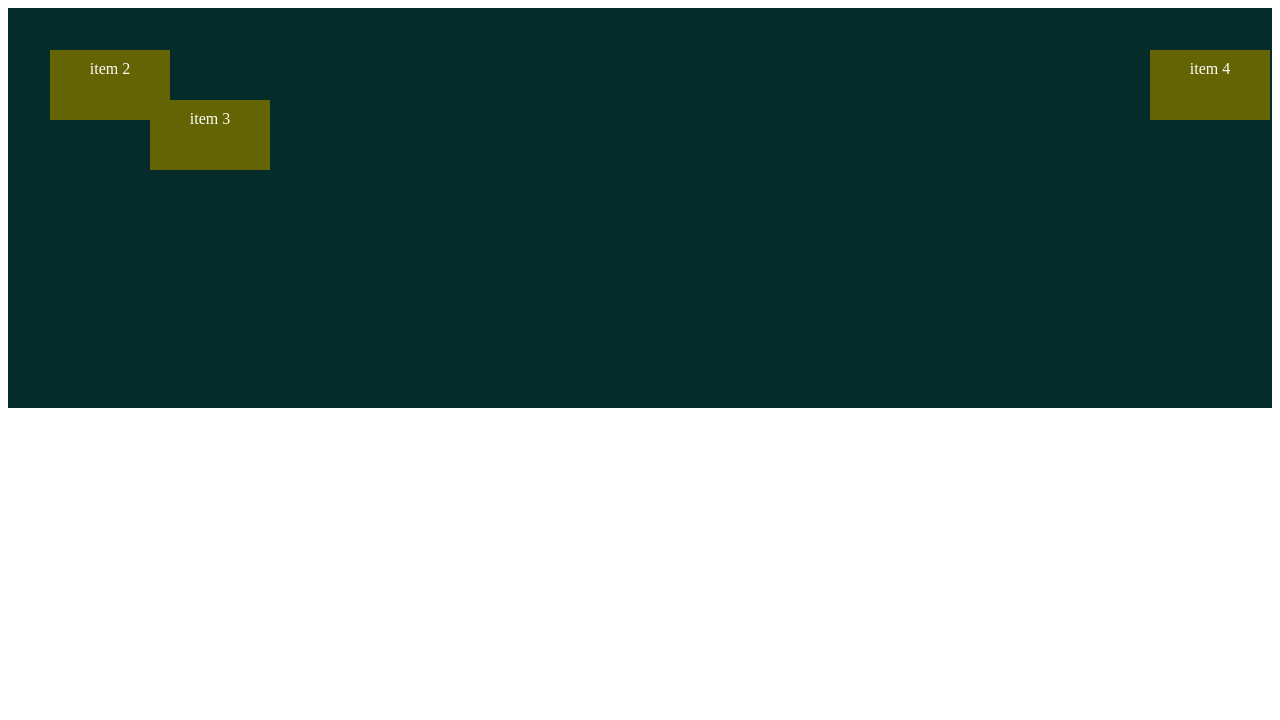
Repository: nmaury/TpsCambodge
Page: InternetProgramming/Css/sample.html
An editor plug-in stored every save of this project. The page is shown before and after the next save, followed by the edit.
The browser window is 1280 px wide. The pictures show the whole page.

Above is the page before, as saved 2022-12-06 02:15:31.

After the next save:
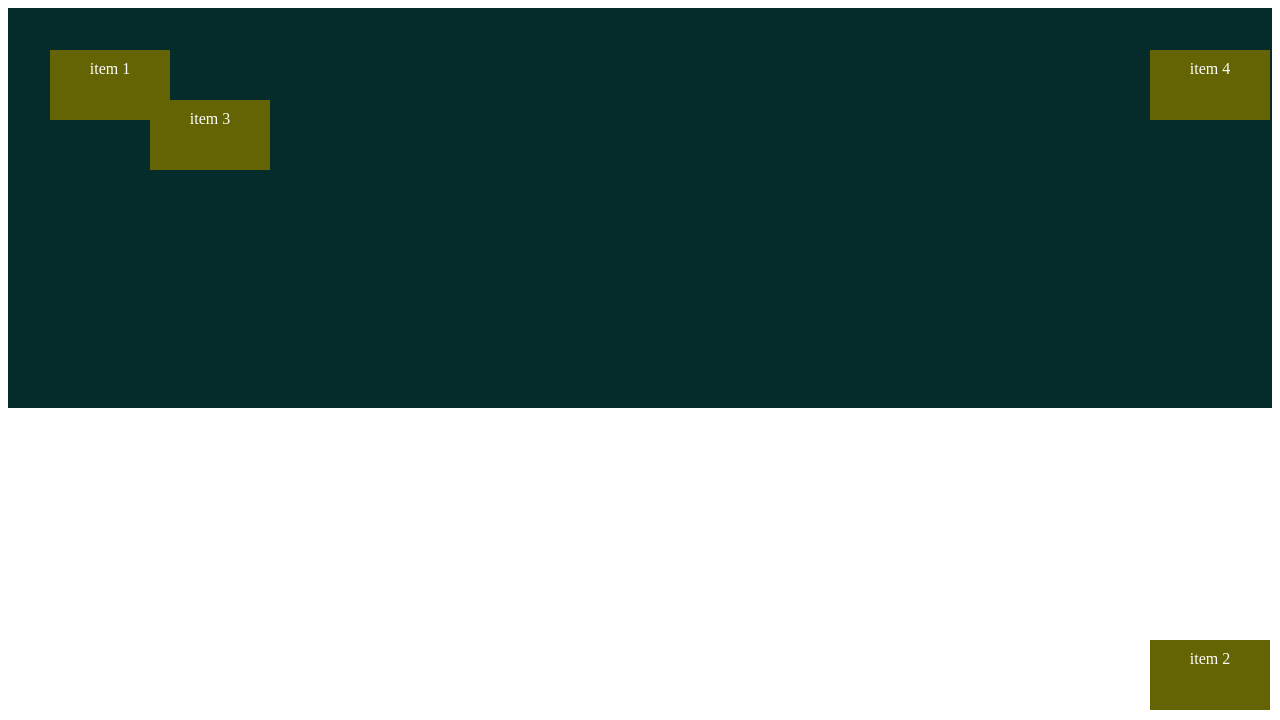
Saved 19 s later.
--- a/InternetProgramming/Css/sample.css
+++ b/InternetProgramming/Css/sample.css
@@ -18,8 +18,8 @@
     color: white;
     text-align: center;
     position: absolute;
-    left: 50px;
-    top: 50px;
+    right: 10px;
+    bottom: 10px;
     z-index: 1;
 }
 .item3{
